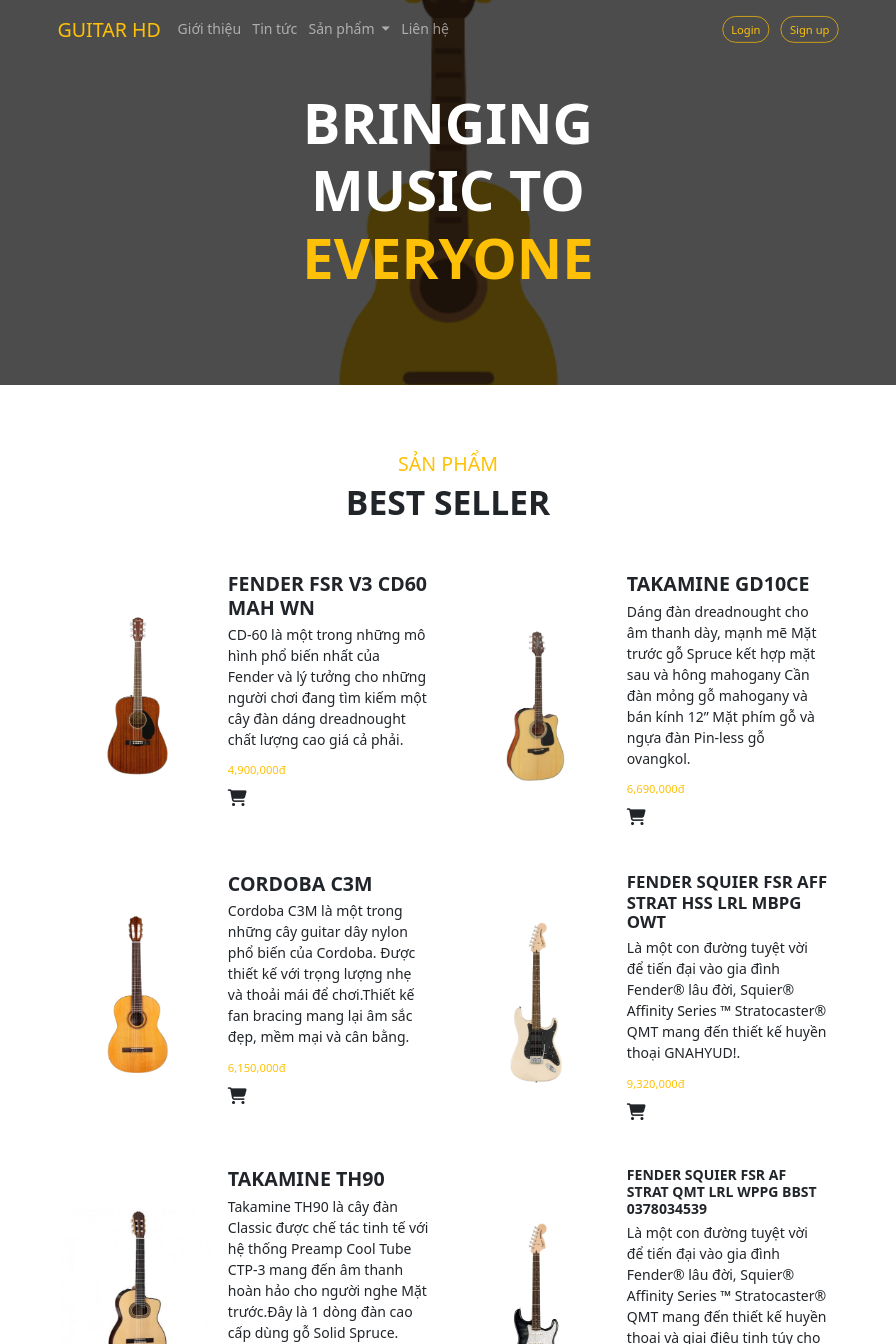
Repository: HoangDuy315/guitar
Page: index.html
An editor plug-in stored every save of this project. The page is shown before and after the next save, followed by the edit.
The browser window is 1280 px wide. The pictures show the part of the page from y = 0 to 1920 px (the page is 4486 px tall), at 70% of full size.
Some web libraries are served in a nearby version.

Above is the page before, as saved 2022-09-16 00:11:03.

After the next save:
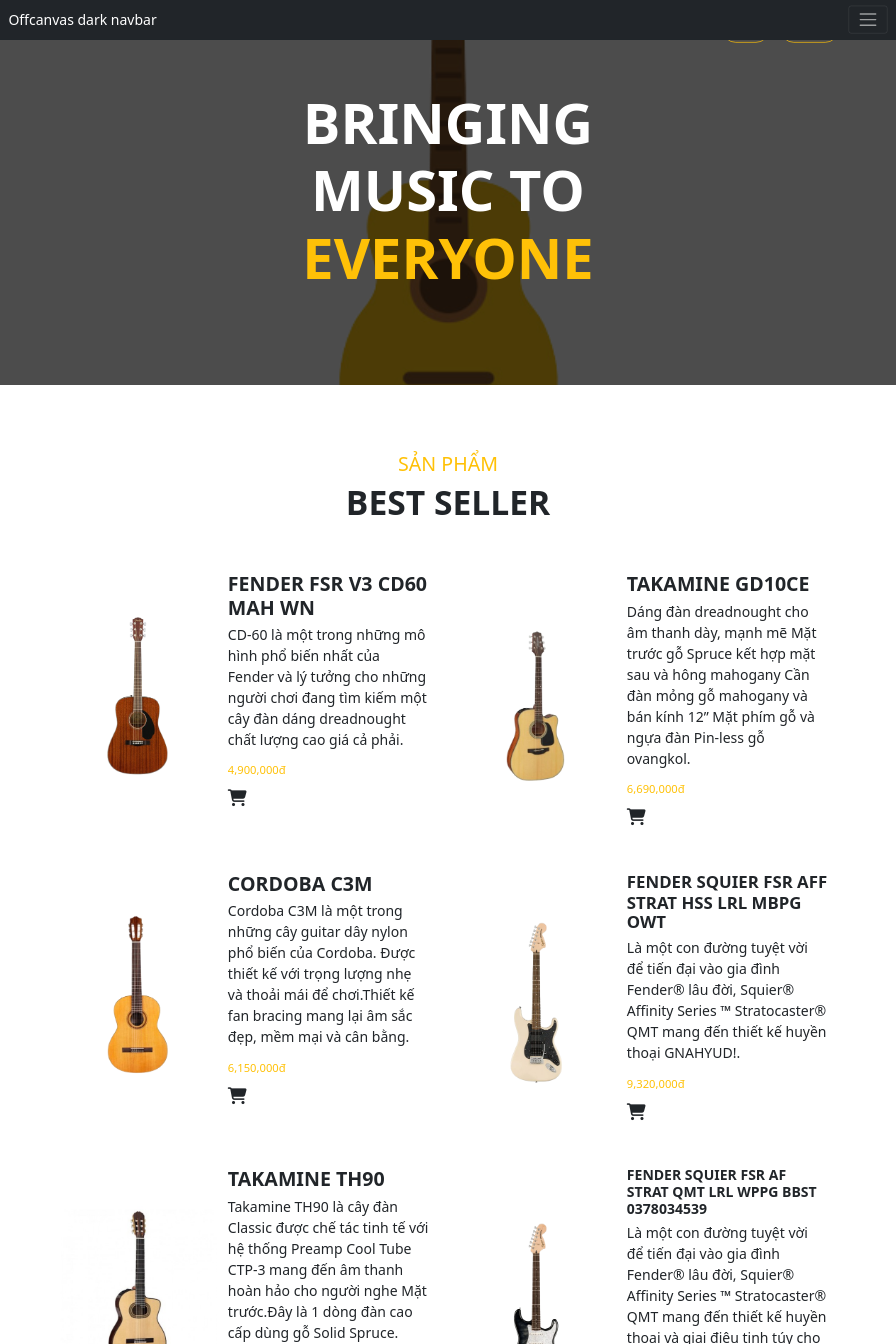
Saved 14 h 43 min later.
--- a/index.html
+++ b/index.html
@@ -49,6 +49,48 @@
         </div>
       </nav>
 
+      <nav class="navbar navbar-dark bg-dark fixed-top">
+        <div class="container-fluid">
+          <a class="navbar-brand" href="#">Offcanvas dark navbar</a>
+          <button class="navbar-toggler" type="button" data-bs-toggle="offcanvas" data-bs-target="#offcanvasDarkNavbar" aria-controls="offcanvasDarkNavbar">
+            <span class="navbar-toggler-icon"></span>
+          </button>
+          <div class="offcanvas offcanvas-end text-bg-dark" tabindex="-1" id="offcanvasDarkNavbar" aria-labelledby="offcanvasDarkNavbarLabel">
+            <div class="offcanvas-header">
+              <h5 class="offcanvas-title" id="offcanvasDarkNavbarLabel">Dark offcanvas</h5>
+              <button type="button" class="btn-close btn-close-white" data-bs-dismiss="offcanvas" aria-label="Close"></button>
+            </div>
+            <div class="offcanvas-body">
+              <ul class="navbar-nav justify-content-end flex-grow-1 pe-3">
+                <li class="nav-item">
+                  <a class="nav-link active" aria-current="page" href="#">Home</a>
+                </li>
+                <li class="nav-item">
+                  <a class="nav-link" href="#">Link</a>
+                </li>
+                <li class="nav-item dropdown">
+                  <a class="nav-link dropdown-toggle" href="#" role="button" data-bs-toggle="dropdown" aria-expanded="false">
+                    Dropdown
+                  </a>
+                  <ul class="dropdown-menu dropdown-menu-dark">
+                    <li><a class="dropdown-item" href="#">Action</a></li>
+                    <li><a class="dropdown-item" href="#">Another action</a></li>
+                    <li>
+                      <hr class="dropdown-divider">
+                    </li>
+                    <li><a class="dropdown-item" href="#">Something else here</a></li>
+                  </ul>
+                </li>
+              </ul>
+              <form class="d-flex" role="search">
+                <input class="form-control me-2" type="search" placeholder="Search" aria-label="Search">
+                <button class="btn btn-success" type="submit">Search</button>
+              </form>
+            </div>
+          </div>
+        </div>
+      </nav>
+
     <!-- HomePage -->
     <section id="home" class="d-flex">
         <div class="container d-flex align-items-center">
